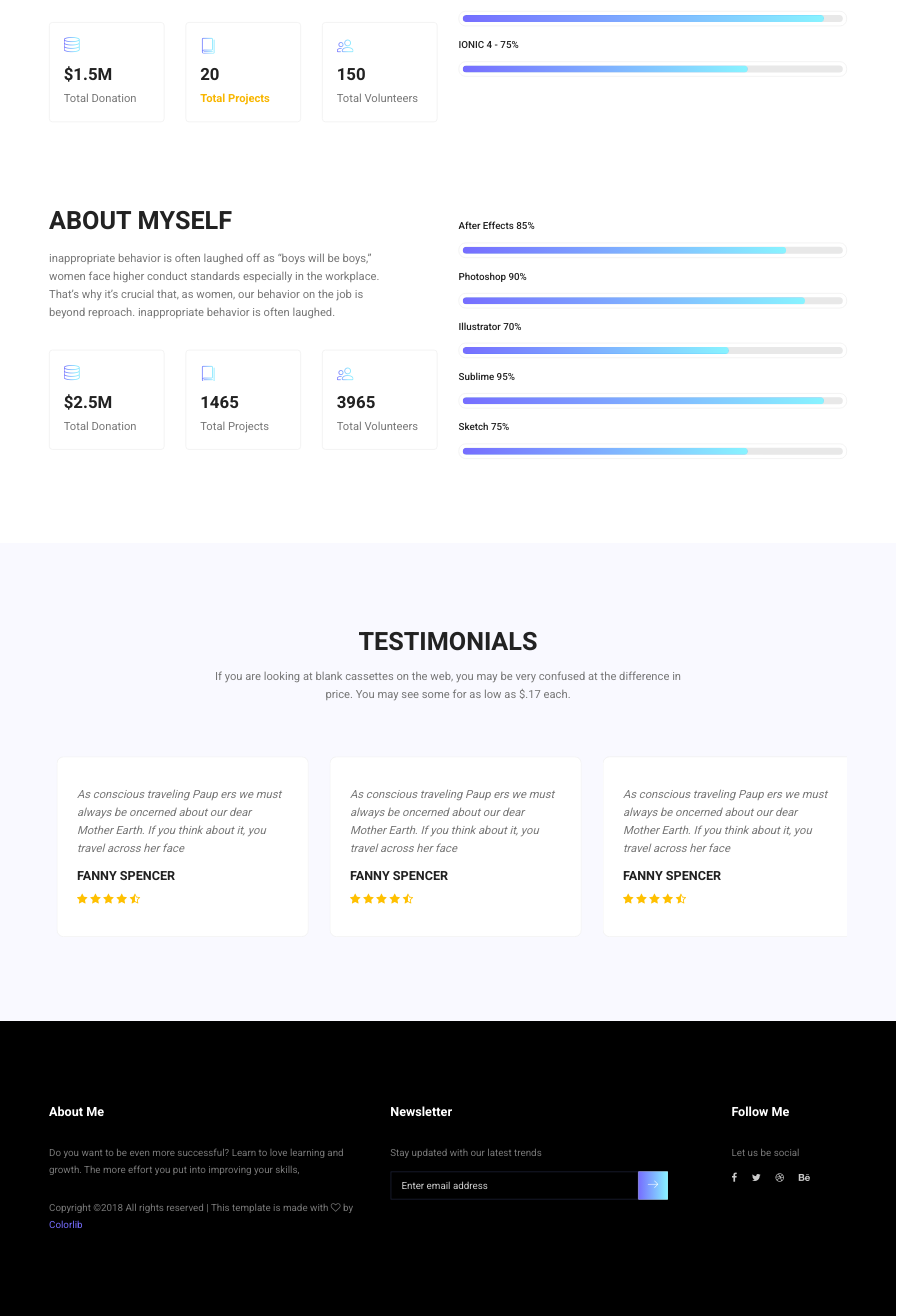
Repository: ChaabeneHabib/habib-chaabene
Page: about-us.html
These files come from the project's save history. The page is drawn as it stood at one moment and after the next save; the edit follows.
The browser window is 1280 px wide. The page is 1281 px wide, so the pictures cover 1281 px, including what lies to the right of the window. The pictures show the part of the page from y = 732 to 2612 px (the page is 2612 px tall before and 2011 px after), at 70% of full size.

Above is the page before, as saved 2019-12-23 16:27:09.

After the next save:
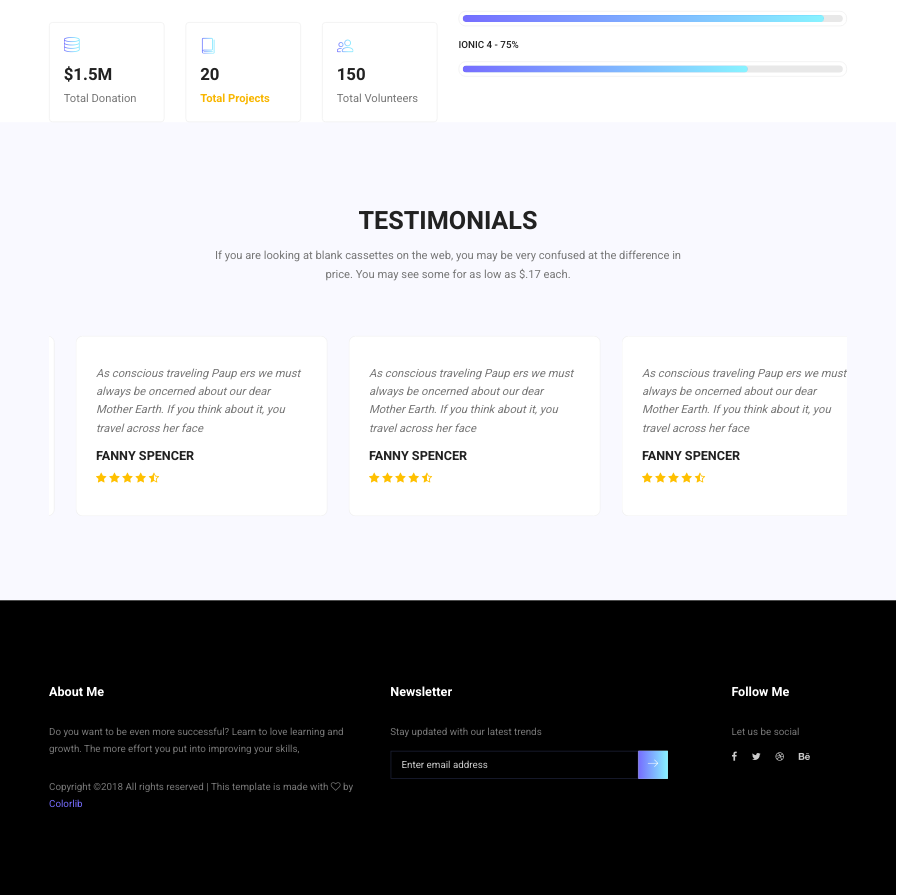
Saved 27 s later.
--- a/about-us.html
+++ b/about-us.html
@@ -177,87 +177,7 @@
         <!--================End Home Banner Area =================-->
 
         <!--================Welcome Area =================-->
-        <section class="welcome_area p_120">
-        	<div class="container">
-        		<div class="row welcome_inner">
-        			<div class="col-lg-6">
-        				<div class="welcome_text">
-        					<h4>About Myself</h4>
-        					<p>inappropriate behavior is often laughed off as “boys will be boys,” women face higher conduct standards especially in the workplace. That’s why it’s crucial that, as women, our behavior on the job is beyond reproach. inappropriate behavior is often laughed.</p>
-        					<div class="row">
-        						<div class="col-md-4">
-        							<div class="wel_item">
-        								<i class="lnr lnr-database"></i>
-        								<h4>$2.5M</h4>
-        								<p>Total Donation</p>
-        							</div>
-        						</div>
-        						<div class="col-md-4">
-        							<div class="wel_item">
-        								<i class="lnr lnr-book"></i>
-        								<h4>1465</h4>
-        								<p>Total Projects</p>
-        							</div>
-        						</div>
-        						<div class="col-md-4">
-        							<div class="wel_item">
-        								<i class="lnr lnr-users"></i>
-        								<h4>3965</h4>
-        								<p>Total Volunteers</p>
-        							</div>
-        						</div>
-        					</div>
-        				</div>
-        			</div>
-        			<div class="col-lg-6">
-        				<div class="tools_expert">
-        					<div class="skill_main">
-								<div class="skill_item">
-									<h4>After Effects <span class="counter">85</span>%</h4>
-									<div class="progress_br">
-										<div class="progress">
-											<div class="progress-bar" role="progressbar" aria-valuenow="85" aria-valuemin="0" aria-valuemax="100"></div>
-										</div>
-									</div>
-								</div>
-								<div class="skill_item">
-									<h4>Photoshop <span class="counter">90</span>%</h4>
-									<div class="progress_br">
-										<div class="progress">
-											<div class="progress-bar" role="progressbar" aria-valuenow="90" aria-valuemin="0" aria-valuemax="100"></div>
-										</div>
-									</div>
-								</div>
-								<div class="skill_item">
-									<h4>Illustrator <span class="counter">70</span>%</h4>
-									<div class="progress_br">
-										<div class="progress">
-											<div class="progress-bar" role="progressbar" aria-valuenow="70" aria-valuemin="0" aria-valuemax="100"></div>
-										</div>
-									</div>
-								</div>
-								<div class="skill_item">
-									<h4>Sublime <span class="counter">95</span>%</h4>
-									<div class="progress_br">
-										<div class="progress">
-											<div class="progress-bar" role="progressbar" aria-valuenow="95" aria-valuemin="0" aria-valuemax="100"></div>
-										</div>
-									</div>
-								</div>
-								<div class="skill_item">
-									<h4>Sketch <span class="counter">75</span>%</h4>
-									<div class="progress_br">
-										<div class="progress">
-											<div class="progress-bar" role="progressbar" aria-valuenow="75" aria-valuemin="0" aria-valuemax="100"></div>
-										</div>
-									</div>
-								</div>
-							</div>
-        				</div>
-        			</div>
-        		</div>
-        	</div>
-        </section>
+
         <!--================End Welcome Area =================-->
 
         <!--================Testimonials Area =================-->
